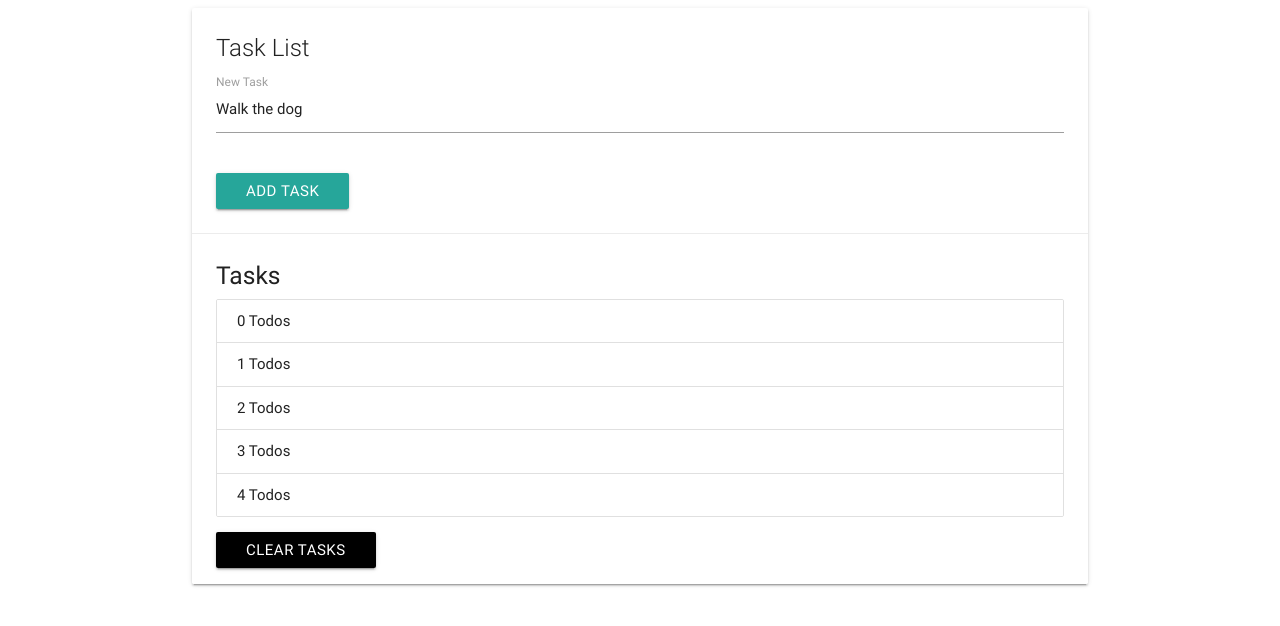
Repository: brianokanga/modern-javascript
Page: Section 3/index.html
An editor plug-in stored every save of this project. The page is shown before and after the next save, followed by the edit.
The browser window is 1280 px wide. The pictures show the whole page.
Some web libraries are served in a nearby version.

Above is the page before, as saved 2020-04-03 03:07:57.

### Section 3/index.html
<!DOCTYPE html>
<html lang="en">

<head>
  <meta charset="UTF-8">
  <meta name="viewport" content="width=device-width, initial-scale=1.0">
  <meta http-equiv="X-UA-Compatible" content="ie=edge">
  <link rel="stylesheet" href="https://cdnjs.cloudflare.com/ajax/libs/materialize/0.100.2/css/materialize.min.css">
  <link href="https://maxcdn.bootstrapcdn.com/font-awesome/4.7.0/css/font-awesome.min.css" rel="stylesheet" integrity="sha384-wvfXpqpZZVQGK6TAh5PVlGOfQNHSoD2xbE+QkPxCAFlNEevoEH3Sl0sibVcOQVnN"
    crossorigin="anonymous">
  <title>Task List</title>
</head>

<body>
  <div class="container">
    <div class="row">
      <div class="col s12">
        <div id="main" class="card">
          <div class="card-content">
            <span class="card-title">Task List</span>
            <div class="row">
              <form id="task-form">
                <div class="input-field col s12">
                  <input type="text" name="task" id="task" value="Walk the dog">
                  <label for="task">New Task</label>
                </div>
            </div>
            <input type="submit" value="Add Task" class="btn">
            </form>
          </div>
          <div class="card-action">
            <h5 id="task-title">Tasks</h5>
            <ul class="collection">
              <li class="collection-item">
                List Item
                <a href="#" class="delete-item secondary-content">
                  <i class="fa fa-remove"></i>
                </a>
              </li>
              <li class="collection-item">
                List Item
                <a href="#" class="delete-item secondary-content">
                  <i class="fa fa-remove"></i>
                </a>
              </li>
              <li class="collection-item">
                List Item
                <a href="#" class="delete-item secondary-content">
                  <i class="fa fa-remove"></i>
                </a>
              </li>
              <li class="collection-item">
                List Item
                <a href="#" class="delete-item secondary-content">
                  <i class="fa fa-remove"></i>
                </a>
              </li>
              <li class="collection-item">
                List Item
                <a href="#" class="delete-item secondary-content">
                  <i class="fa fa-remove"></i>
                </a>
              </li>
            </ul>
            <a class="clear-tasks btn black" href="">Clear Tasks</a>
          </div>
        </div>
      </div>
    </div>
  </div>
  <script src="https://code.jquery.com/jquery-3.2.1.js" integrity="sha256-DZAnKJ/6XZ9si04Hgrsxu/8s717jcIzLy3oi35EouyE=" crossorigin="anonymous"></script>
  <script src="https://cdnjs.cloudflare.com/ajax/libs/materialize/0.100.2/js/materialize.min.js"></script>
  <script src="app.js"></script>
</body>

</html>

### Section 3/app.js
// let val ;
// val = document;
// val = document.all;
// val = document.all[2];
// val = document.all.length;
// val = document.head;
// val = document.body;
// val = document.domain;
// val = document.URL;
// val = document.characterSet;
// val = document.contentType;

// val = document.forms;
// val = document.forms[0];
// val = document.forms[0].id;
// val = document.forms[0].method;
// val = document.forms[0].action;



// val = document.links;
// val = document.links[0];
// val = document.links[0].id;
// val = document.links[0].className;
// val = document.links[0].classList[0];

// val = document.images;

// val = document.scripts;
// val = document.scripts[2].getAttribute('src');


// let scripts = document.scripts;

// let scriptsArr = Array.from(scripts);

// scriptsArr.forEach(function(script){
//     console.log(scripts);
// })

// // console.log(val);

// //JS SELECTORS

// //1. getElementById
// //console.log(document.getElementById('task-title'));
// // console.log(document.getElementById('task-title').id);
// // console.log(document.getElementById('task-title').className);

// const taskTitle = document.getElementById('task-title');

// //change styling
// taskTitle.style.background = '#333';
// taskTitle.style.color = '#fff';
// taskTitle.style.padding = '5px';

// // change the content
// taskTitle.textContent = 'Task lists';
// taskTitle.innerText = 'My Tasks';
// taskTitle.innerHTML = '<span style="color: red">Task List</span>';

// //2. Document.querySelector()
// console.log(document.querySelector('#task-title'));
// console.log(document.querySelector('.card-title'));

// document.querySelector('li').style.color = 'red';
// document.querySelector('li:last-child').style.color = 'red';
// document.querySelector('li:nth-child(3)').style.color = 'yellow';
// document.querySelector('li:nth-child(4)').textContent = 'we there';
// document.querySelector('li:nth-child(odd)').style.background = 'gray';
// document.querySelector('li:nth-child(even)').style.background = 'purple';

//documents.getElementsByClassName
// const items = document.getElementsByClassName('collection-item');
// console.log(items);
// console.log(items[0]);

// items[0].style.color = 'red';
// items[3].textContent = 'majukumu';

// const listItems = document.querySelector('ul').getElementsByClassName = ('collection-item');

//getElementsByTagName
// let lis = document.getElementsByTagName('li');
// console.log(lis);
// console.log(lis[0]);
// lis[0].style.color = 'red';
// lis[3].textContent = 'majukumu';

// //Convert HTML collection into array
// lis = Array.from(lis);

// lis.reverse();

// lis.forEach(function(li, index){
//     console.log(li.className);
//     li.textContent = `${index}: Todos`
// });

// console.log(lis);

//document.QuerySelectorAll()     returns a node list
const items = document.querySelectorAll('ul.collection li.collection-item');
items.forEach(function(item, index){
    item.textContent = `${index} Todos`;
});

const loOdd = document.querySelectorAll('li:nth-child(odd)');
const loEven = document.querySelectorAll('li:nth-child(even)');



console.log(items);

After the next save:
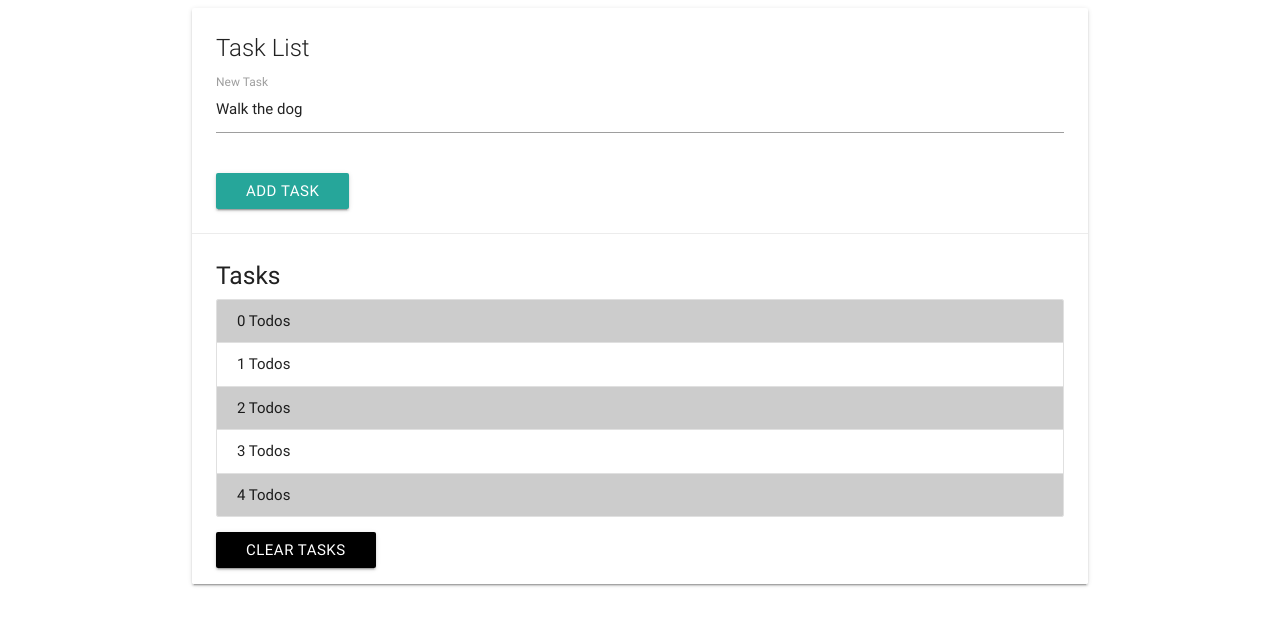
Saved 96 s later.
--- a/Section 3/app.js
+++ b/Section 3/app.js
@@ -105,9 +105,11 @@ items.forEach(function(item, index){
     item.textContent = `${index} Todos`;
 });
 
-const loOdd = document.querySelectorAll('li:nth-child(odd)');
-const loEven = document.querySelectorAll('li:nth-child(even)');
+const liOdd = document.querySelectorAll('li:nth-child(odd)');
+const liEven = document.querySelectorAll('li:nth-child(even)');
 
-
+liOdd.forEach(function(li, index){
+    li.style.background = '#ccc';
+});
 
 console.log(items);
